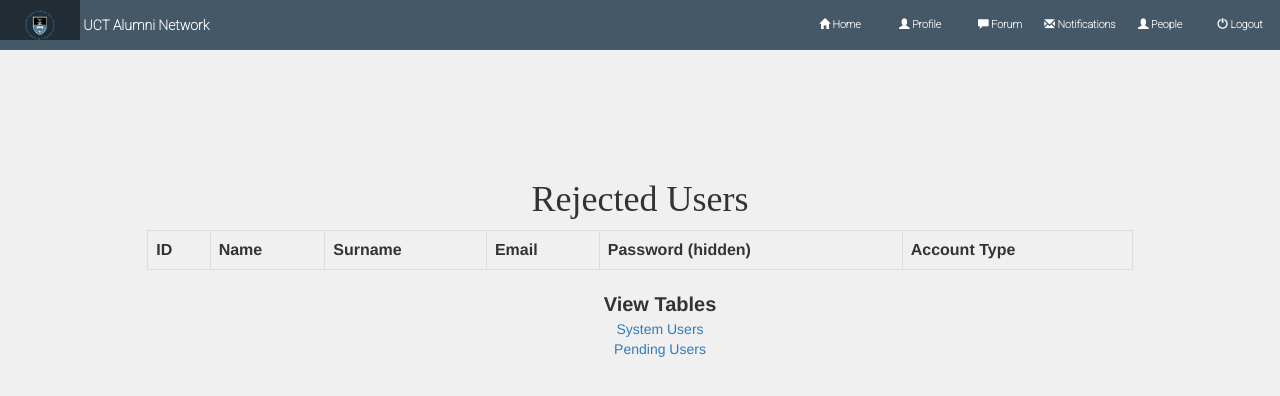
Repository: lorna-k/Workspace
Page: http://localhost/Alumni-2/JSP/RejectedUsers.jsp
An editor plug-in stored every save of this project. The page is shown before and after the next save, followed by the edit.
The browser window is 1280 px wide. The pictures show the whole page.
Some web fonts or font styles are not loaded; a fallback is used. The page is served by Tomcat 9. Queries for data that is not in the repository find no rows.

Above is the page before, as saved 2016-09-15 16:22:44.

After the next save:
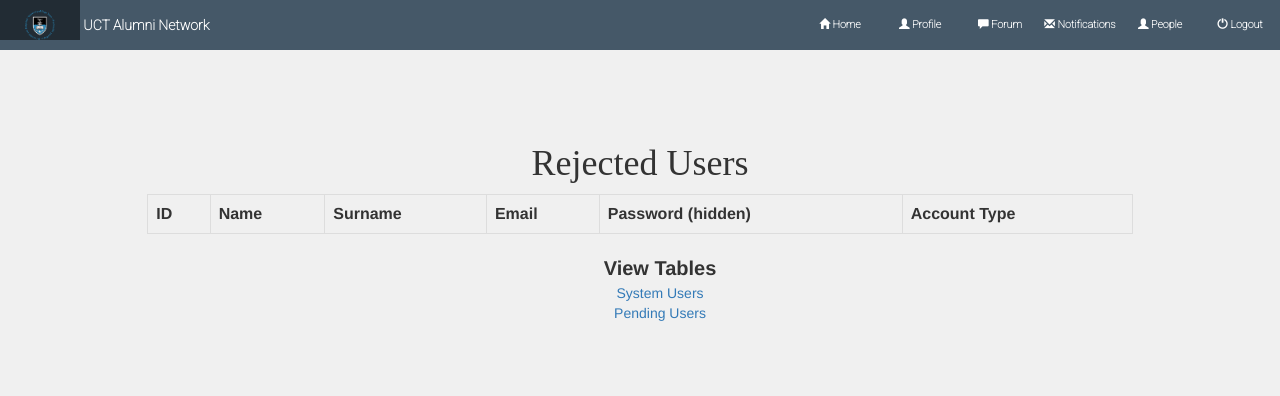
Saved 6 s later.
--- a/Alumni/Alumni-2/WebContent/JSP/RejectedUsers.jsp
+++ b/Alumni/Alumni-2/WebContent/JSP/RejectedUsers.jsp
@@ -78,7 +78,7 @@
 			</nav>
 		</div>
 
-        <H1 align="center" style="margin-top:25vh;font-family:Aria">Rejected Users</H1>
+        <H1 align="center" style="margin-top:20vh;font-family:Aria">Rejected Users</H1>
 
         <%
             Connection connection = DriverManager.getConnection("jdbc:mysql://137.158.160.145:3306/ngwphu001", "ngwphu001", "eupheyei");
